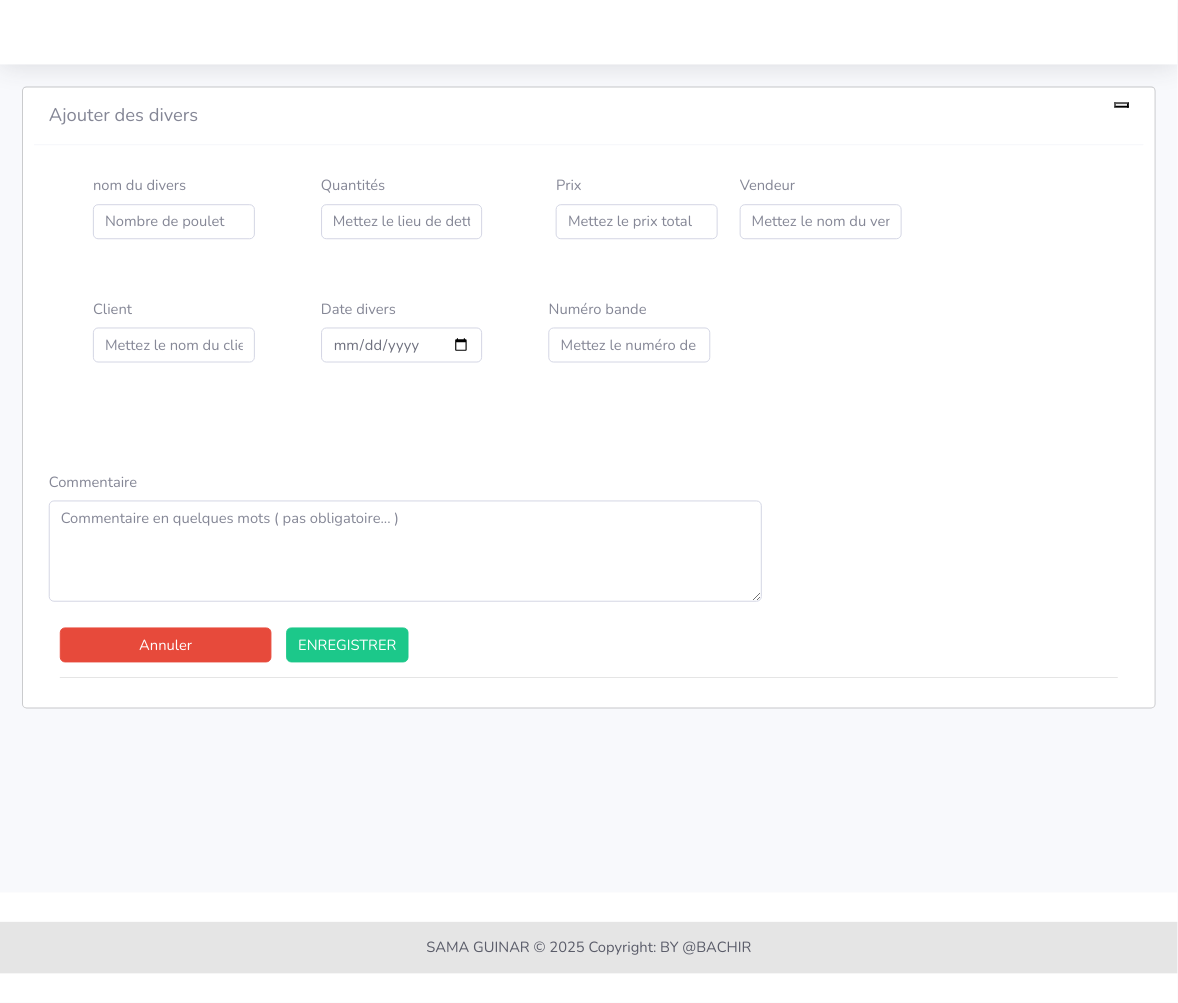
Repository: bachirNdiaye1996/elevage
Page: http://localhost/Divers/ajouterdiversFormulaire.php
The author's editor kept a copy of each file at every save. The page is drawn from the files as they stood at one save, then again after the next save.
The browser window is 1280 px wide. The pictures show the whole page, at 92% of full size.
The page is run by PHP 8.4 with error messages shown; the project is at /var/www/html/. The session is filled in as if someone had signed in: {"id": 1, "nomcomplet": "Test User", "numTelephone": 1, "username": "testuser", "email": "test@example.com", "user": "testuser"}.

Above is the page before, as saved 2025-07-01 09:55:38.

After the next save:
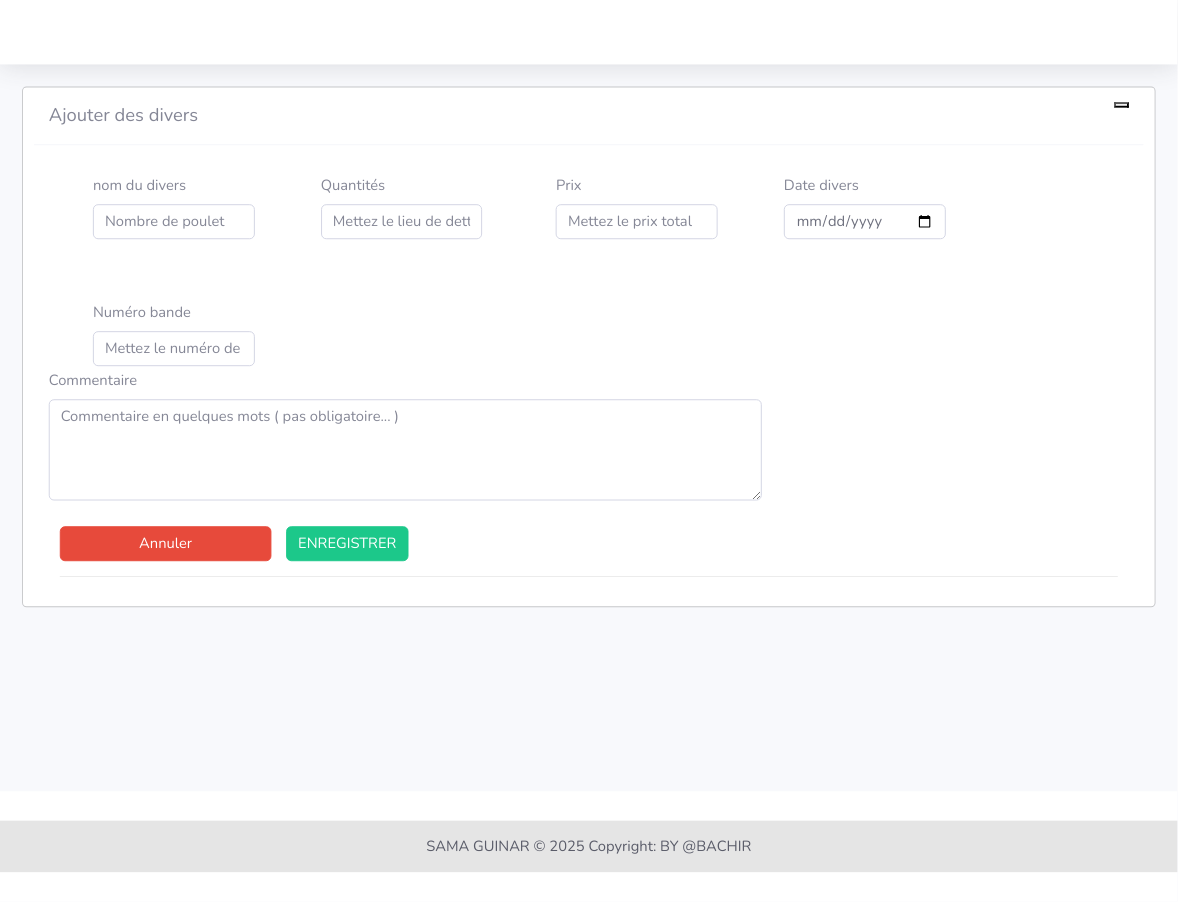
Saved 17 s later.
--- a/Divers/ajouterdiversFormulaire.php
+++ b/Divers/ajouterdiversFormulaire.php
@@ -119,18 +119,6 @@
                                                         <input class="form-control" type="text" name="prix" value="" id="validationDefault03" placeholder="Mettez le prix total">
                                                     </div>
                                                 </div>
-                                                <div class="col-md-2 mr-2 mt-3">
-                                                    <div class="mb-1 text-start">
-                                                        <label class="form-label fw-bold" for="nom">Vendeur</label>
-                                                        <input class="form-control" type="text" name="vendeur" value="" id="validationDefault02" required placeholder="Mettez le nom du vendeur">
-                                                    </div>
-                                                </div>
-                                                <div class="col-md-2 ml-5 mt-3">
-                                                    <div class="mb-1 text-start">
-                                                        <label class="form-label fw-bold" for="nom">Client</label>
-                                                        <input class="form-control" type="text" name="client" value="" id="validationDefault03" placeholder="Mettez le nom du client">
-                                                    </div>
-                                                </div>
                                                 <div class="col-md-2 mt-3 ml-5 mb-5">
                                                     <div class="mb-1 text-start">
                                                         <label class="form-label fw-bold" for="nom">Date divers</label>
